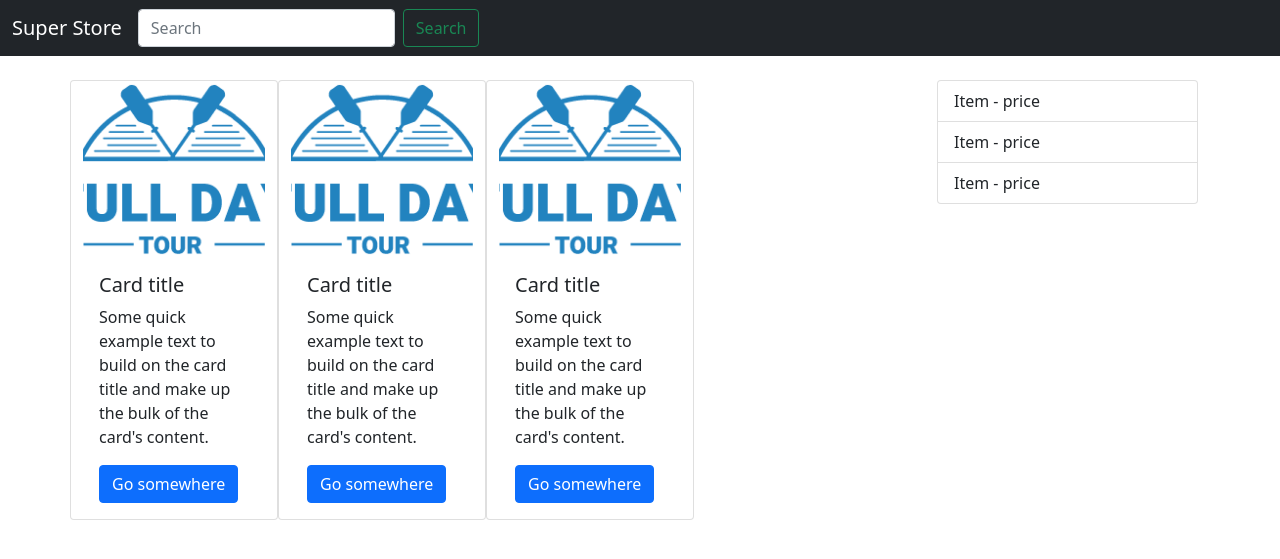
Repository: rockeycse/superstore
Page: /
These files come from the project's save history. The page is drawn as it stood at one moment and after a run of saves; the edit follows.
The browser window is 1280 px wide. The pictures show the whole page.
The project was rebuilt for these pictures with package versions that can differ from the ones it lists, and the page was loaded fresh each time.

Above is the page before, as saved 2021-06-07 17:47:53.

After the next 4 saves:
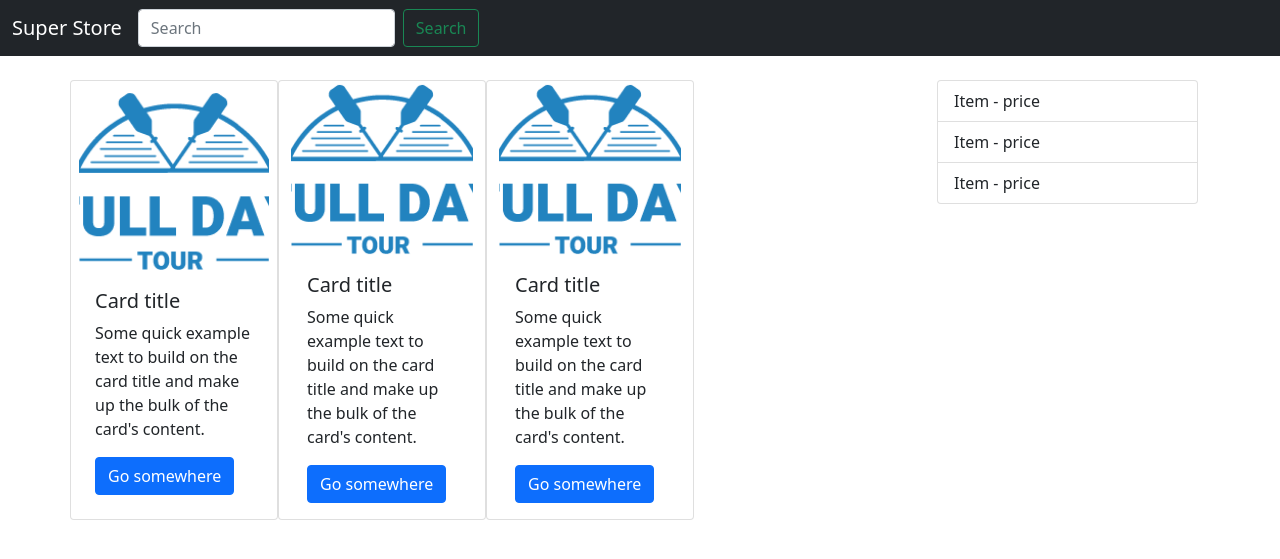
The 4 saves are shown as one change because they came seconds apart.
The last was saved 102 s later.
--- a/src/components/Inventory.vue
+++ b/src/components/Inventory.vue
@@ -1,6 +1,6 @@
 <template lang="">
  <div class="row">
-            <div class="card" style="width: 13rem">
+            <div class="card p-2" style="width: 13rem">
               <img src="../assets/test.png" class="card-img-top" alt="sorry" />
               <div class="card-body">
                 <h5 class="card-title">Card title</h5>
